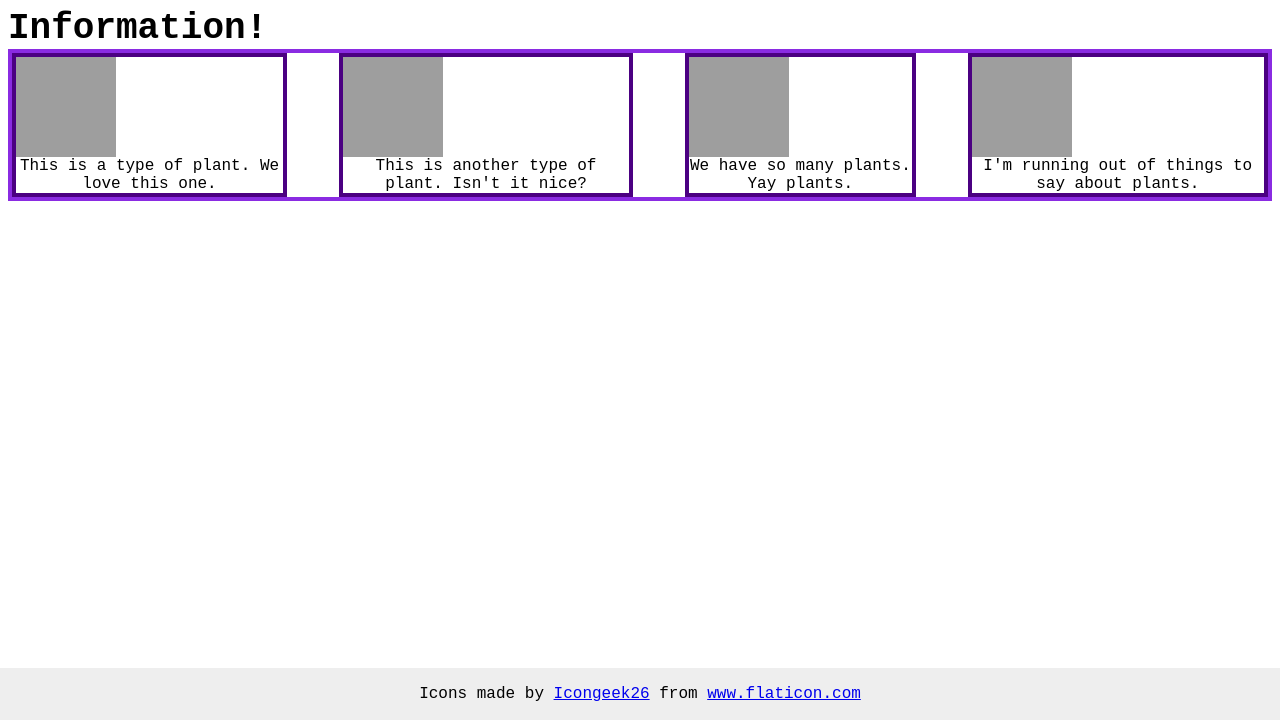
Repository: bbrockbrown/css-exercises
Page: flex/04-flex-information/index.html
An editor plug-in stored every save of this project. The page is shown before and after the next save, followed by the edit.
The browser window is 1280 px wide. The pictures show the whole page.
Pictures or frames that could not be fetched are drawn as grey boxes.

Above is the page before, as saved 2024-07-21 17:33:31.

After the next save:
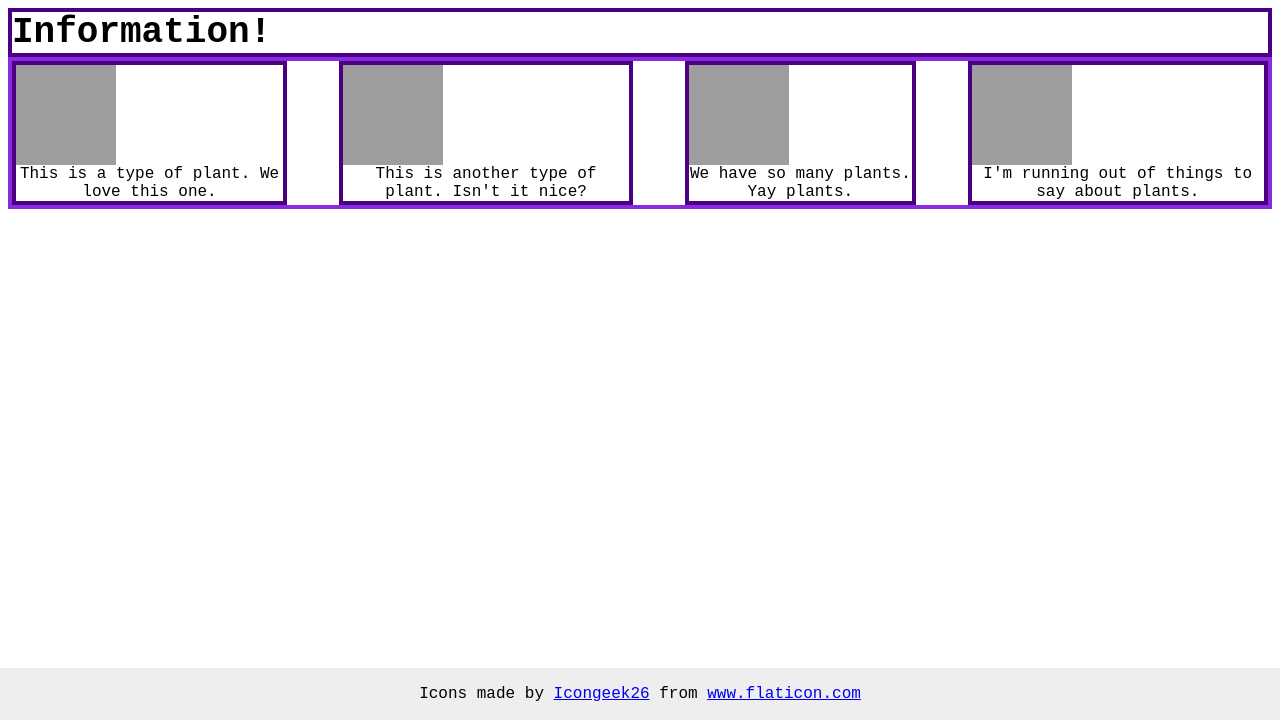
Saved 7 s later.
--- a/flex/04-flex-information/style.css
+++ b/flex/04-flex-information/style.css
@@ -11,6 +11,7 @@ img {
   display: flex;
   justify-content: center;
   align-items: center;
+  border: 4px solid indigo;
 }
 
 .image-containers {
